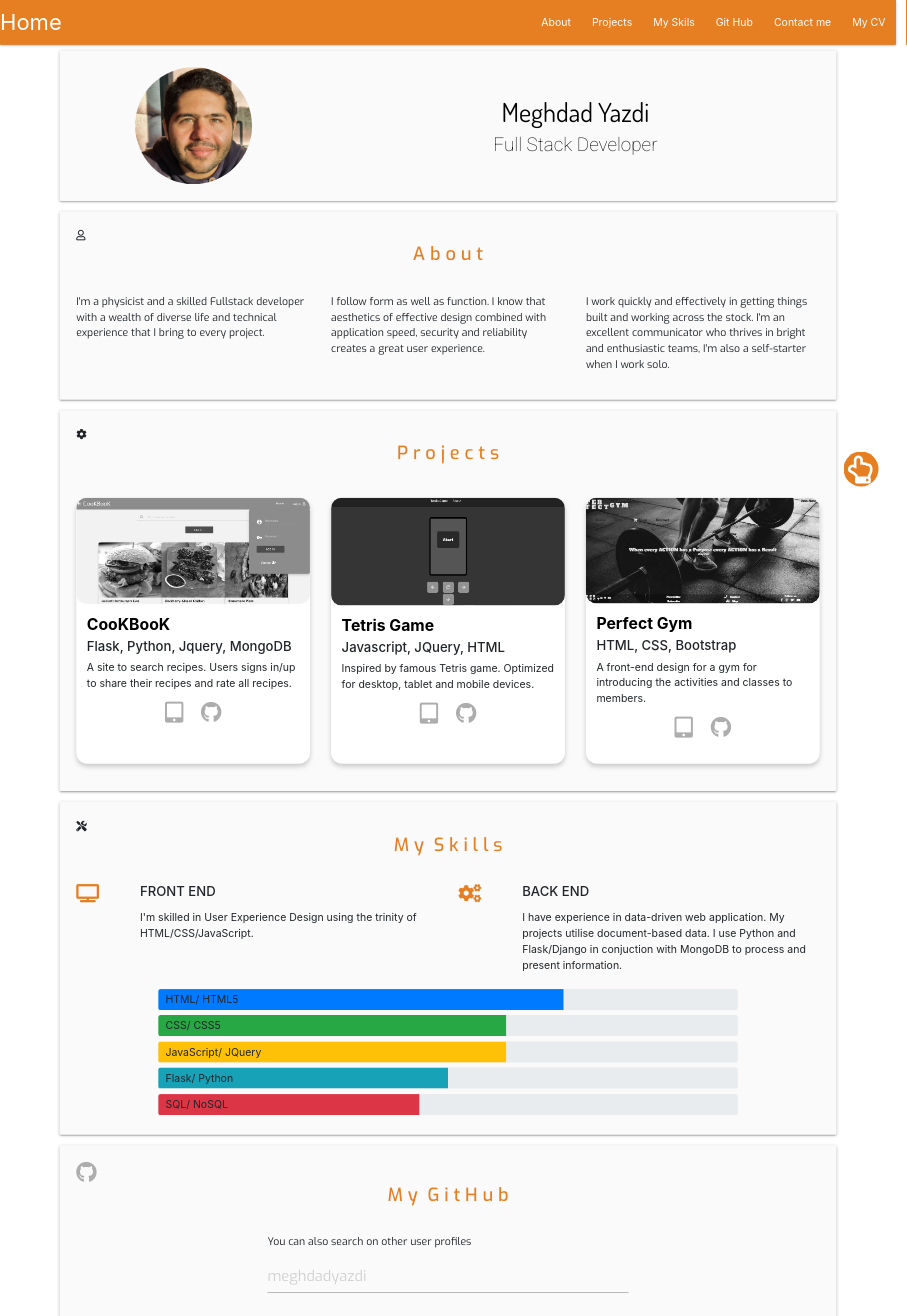
Repository: meghdadyazdi/SD_Res
Page: index.html
The author's editor kept a record of every edit. The page is drawn from the files as they stood at one moment, then again after the next edit.
The browser window is 1280 px wide. The page is 1295 px wide, so the pictures cover 1295 px, including what lies to the right of the window. The pictures show the part of the page from y = 0 to 1880 px (the page is 2569 px tall before and 2446 px after), at 70% of full size.
Some web libraries are served in a nearby version.

Above is the page before.
Console error: ReferenceError: $ is not defined

### index.html
<!DOCTYPE html>
<html lang="en">

<head>
  <meta charset="UTF-8">
  <meta name="viewport" content="width=device-width, initial-scale=1.0">
  <meta http-equiv="X-UA-Compatible" content="ie=edge">
  <link rel="stylesheet" href="https://cdnjs.cloudflare.com/ajax/libs/materialize/1.0.0/css/materialize.min.css">
  <link href="https://fonts.googleapis.com/icon?family=Material+Icons" rel="stylesheet">
  <link rel="stylesheet" href="assets/style.css" type="text/css" />
  <link href="https://fonts.googleapis.com/css?family=Raleway:100,100i,200,200i,300,300i,400,400i,500,500i,600,600i,700,700i,800,800i,900,900i&display=swap&subset=latin-ext" rel="stylesheet">
  <link rel="stylesheet" href="https://stackpath.bootstrapcdn.com/bootstrap/4.4.1/css/bootstrap.min.css" integrity="sha384-Vkoo8x4CGsO3+Hhxv8T/Q5PaXtkKtu6ug5TOeNV6gBiFeWPGFN9MuhOf23Q9Ifjh" crossorigin="anonymous">
  <link href="https://fonts.googleapis.com/css?family=Roboto+Slab:400,700&display=swap" rel="stylesheet">
  <link rel="stylesheet" href="https://use.fontawesome.com/releases/v5.6.1/css/all.css" integrity="sha384-gfdkjb5BdAXd+lj+gudLWI+BXq4IuLW5IT+brZEZsLFm++aCMlF1V92rMkPaX4PP" crossorigin="anonymous">
  <link href="https://fonts.googleapis.com/css?family=Dosis&display=swap" rel="stylesheet">
  <script type="text/javascript" src="assets/js/github-information.js"></script>
  <title>Meghdad Yazdi's Resume</title>

  <script type="text/javascript" src="https://cdn.jsdelivr.net/npm/emailjs-com@2.3.2/dist/email.min.js"></script>
  <script type="text/javascript">
    (function() {
      emailjs.init("user_qJqSswG9orTrNOoYLmxQi");
    })();
  </script>
</head>

<body>



  <nav>
    <div class="nav-wrapper">
      <a id="home" href="index.html" class="brand-logo">Home</a>
      <a href="#" data-target="mobile-demo" class="sidenav-trigger"><i class="material-icons">menu</i></a>
      <ul class="right hide-on-med-and-down">
        <li><a href="#about">About</a></li>
        <li><a href="#projects">Projects</a></li>
        <li><a href="#skills">My Skils</a></li>
        <li><a href="#github">Git Hub</a></li>
        <li><a href="#contact">Contact me</a></li>
        <li><a href="#cv">My CV</a></li>
      </ul>
    </div>
    <ul class="sidenav text-font" id="mobile-demo">
      <li><a href="#about">About</a></li>
      <li><a href="#projects">Projects</a></li>
      <li><a href="#skills">My Skils</a></li>
      <li><a href="#github">Git Hub</a></li>
      <li><a href="#contact">Contact me</a></li>
      <li><a href="#cv">My CV</a></li>
    </ul>
  </nav>


  <section class="container">
    <div class="card-panel grey lighten-5 z-depth-1">
      <div class="row valign-wrapper">
        <div class="col-sm-4 center">
          <!--<div class="col my_img">-->
          <img src="assets/images/meghdad_res2.jpg" alt="" class="circle responsive-img center">
          <!-- notice the "circle" class -->
          <!--</div>-->
        </div>
        <div class="col-sm-8 center">
          <div class="row">
            <div class="col-sm-12 center">
              <span class="black-text name-font">
                Meghdad Yazdi
              </span>
            </div>
            <div class="col-sm-12 center">
              <span class="black-text my-font">
                Full Stack Developer
              </span>
            </div>
          </div>
        </div>
      </div>
    </div>
  </section>

  <section class="container">
    <div class="card-panel grey lighten-5 z-depth-1">
      <div><i class="far fa-user icons"></i></div>
      <div class="row">
        <div class="col-sm-12 text-font">
          <h3 id="about" class="three-reasons-icon">A b o u t</h3>
        </div>
        <div class="col-sm-6 col-md-4 text-font m0">

          <p>
            I'm a physicist and a skilled Fullstack developer with a wealth of diverse life and technical experience that I bring to every project.
          </p>
        </div>
        <div class="col-sm-6 col-md-4 text-font m0">
          <!--<h3>HOW DO I DO IT?</h3>-->
          <p>
            I follow form as well as function. I know that aesthetics of effective design combined with application speed, security and reliability creates a great user experience.
          </p>
        </div>
        <div class="col-sm-6 col-md-4 text-font m0">
          <!--<h3>WHY HIRE ME</h3>-->
          <p>
            I work quickly and effectively in getting things built and working across the stock. I'm an excellent communicator who thrives in bright and enthusiastic teams, I'm also a self-starter when I work solo.
          </p>
        </div>
      </div>
    </div>
  </section>


  <section class="container">
    <div class="card-panel grey lighten-5 z-depth-1">
      <div><i class="fas fa-cog icons"></i></div>
      <div class="row align-items-center">
        <div class="col-sm-12 text-font">
          <h3 id="projects" class="three-reasons-icon">P r o j e c t s</h3>
        </div>

        <div class="col-sm-12 col-md-6 col-lg-4">
          <div id="cook" class="card">
            <img id="img-cook" src="assets/images/cookbook.png" alt="CooKBooK" class="work-img" style="width:100%">
            <div class="container">
              <h4><b>CooKBooK</b></h4>
              <h5>Flask, Python, Jquery, MongoDB</h5>
              <p>A site to search recipes. Users signs in/up to share their recipes and rate all recipes.</p>
              <div class="par"><a href="https://cookbook-meghdad.herokuapp.com" target="_blank"><i class="fas fa-tablet-alt"></i></a> &nbsp&nbsp&nbsp&nbsp
                <a href="https://github.com/meghdadyazdi/cookbook" target="_blank"><i class="fab fa-github"></i></a></div>
            </div>
          </div>
        </div>


        <div class="col-sm-12 col-md-6 col-lg-4">
          <div id="tetris" class="card">
            <img id="img-tetris" src="assets/images/Tetris.png" alt="Tetris Game" class="work-img" style="width:100%">
            <div class="container">
              <h4><b>Tetris Game</b></h4>
              <h5>Javascript, JQuery, HTML</h5>
              <p>Inspired by famous Tetris game. Optimized for desktop, tablet and mobile devices.</p>
              <div class="par"><a href="https://meghdadyazdi.github.io/IFD-Milestone/" target="_blank"><i class="fas fa-tablet-alt"></i></a> &nbsp&nbsp&nbsp&nbsp
                <a href="https://github.com/meghdadyazdi/IFD-Milestone" target="_blank"><i class="fab fa-github"></i></a></div>
            </div>
          </div>
        </div>


        <div class="col-sm-12 col-md-6 col-lg-4">
          <div id="gym" class="card">
            <img id="img-gym" src="assets/images/gym.png" alt="Gym" class="work-img" style="width:100%">
            <div class="container">
              <h4><b>Perfect Gym</b></h4>
              <h5>HTML, CSS, Bootstrap</h5>
              <p>A front-end design for a gym for introducing the activities and classes to members.</p>
              <div class="par"><a href="https://meghdadyazdi.github.io/UCFD-Milestone/index.html" target="_blank"><i class="fas fa-tablet-alt"></i></a> &nbsp&nbsp&nbsp&nbsp
                <a href="https://github.com/meghdadyazdi/UCFD-Milestone" target="_blank"><i class="fab fa-github"></i></a></div>
            </div>
          </div>
        </div>

      </div>

    </div>
  </section>

  <section class="container">
    <div class="card-panel grey lighten-5 z-depth-1">
      <div><i class="fas fa-tools icons"></i></div>
      <div class="col-sm-12 text-font">
        <h3 id="skills" class="three-reasons-icon">M y &nbspS k i l l s</h3>
      </div>
      <div class="row">
        <div class="col-10 offset-1 offset-sm-0 col-sm-6">
          <div class="row">
            <div class="col-2">
              <i class="three-reasons-icon fa fa-tv" aria-hiden="true"></i>
            </div>
            <div class="col-10">
              <h5 class="three-reasons-heading uppercase">FRONT END</h5>
              <p>I'm skilled in User Experience Design using the trinity of HTML/CSS/JavaScript.
              </p>
            </div>
          </div>
        </div>
        <div class="col-10 offset-1 offset-sm-0 col-sm-6">
          <div class="row">
            <div class="col-2">
              <i class="three-reasons-icon fa fa-cogs" aria-hiden="true"></i>
            </div>
            <div class="col-10">
              <h5 class="three-reasons-heading uppercase">BACK END</h5>
              <p>
                I have experience in data-driven web application. My projects utilise document-based data. I use Python and Flask/Django in conjuction with MongoDB to process and present information.
              </p>
            </div>
          </div>
        </div>
      </div>


      <div class="row progress-section">
        <div class="col">
          <div class="progress">
            <div class="progress-bar" role="progressbar" aria-valuenow="90" aria-valuemin="0" aria-valuemax="100" style="width:70%;">
              <span class="sr-only">70% complete</span>
            </div>
            <span class="progress-type progress-font">HTML/ HTML5</span>
          </div>
          <div class="progress">
            <div class="progress-bar bg-success" role="progressbar" aria-valuenow="70" aria-valuemin="0" aria-valuemax="100" style="width:60%;">
              <span class="sr-only">600% complete</span>
            </div>
            <span class="progress-type progress-font">CSS/ CSS5</span>
          </div>

          <div class="progress">
            <div class="progress-bar bg-warning" role="progressbar" aria-valuenow="80" aria-valuemin="0" aria-valuemax="100" style="width:60%;">
              <span class="sr-only">60% complete</span>
            </div>
            <span class="progress-type progress-font">JavaScript/ JQuery</span>
          </div>
          <div class="progress">
            <div class="progress-bar bg-info" role="progressbar" aria-valuenow="75" aria-valuemin="0" aria-valuemax="100" style="width:50%;">
              <span class="sr-only">50% complete</span>
            </div>
            <span class="progress-type progress-font">Flask/ Python</span>
          </div>
          <div class="progress">
            <div class="progress-bar bg-danger" role="progressbar" aria-valuenow="80" aria-valuemin="0" aria-valuemax="100" style="width:45%;">
              <span class="sr-only">45% complete</span>
            </div>
            <span class="progress-type progress-font">SQL/ NoSQL</span>
          </div>
        </div>
      </div>

    </div>
  </section>

  <section class="container">
    <div class="card-panel grey lighten-5 z-depth-1">
      <div><i class="fab fa-github icons"></i></div>
      <div class="row bg-color-contact">

        <div class="col-sm-12 text-font">
          <h3 id="github" class="three-reasons-icon">M y &nbspG i t H u b</h3>
        </div>

        <div class="col-md-6 offset-md-3 center-form text-font">

          <p>
            You can also search on other user profiles
          </p>

        </div>
        <div class="col-md-6 offset-md-3 center-form text-font">
          <input type="text" id="gh-username" placeholder="meghdadyazdi" value="" oninput="fetchGitHubInformation()" />
          <div id="gh-user-data"></div>
          <div id="gh-repo-data"></div>
        </div>
      </div>
    </div>
  </section>


  <section class="container">
    <div class="card-panel grey lighten-5 z-depth-1">
      <div><i class="far fa-envelope icons"></i></div>
      <div class="col-sm-12 text-font">
        <h3 id="contact" class="three-reasons-icon">C o n t a c t &nbsp m e</h3>
      </div>

      <form id="myform" class="text-font">
        <label>Name</label>
        <input type="text" name="from_name" />
        <label>Email</label>
        <input type="text" name="from_email" />
        <label>Message</label>
        <input type="text" name="project_request" />
        <br><br>
        <button>Send</button>
      </form>

    </div>
  </section>


  <section class="container">
    <div class="card-panel grey lighten-5 z-depth-1">
      <div><i class="far fa-user icon-in"></i><i class="far fa-file icons"></i></div>
      <div class="col-sm-12 text-font">
        <h3 id="cv" class="three-reasons-icon">M y &nbsp C V</h3>
      </div>


      <div class="col-md-6 offset-md-3 center-form text-font">

        <p class="download">
          Need a printable vesrion of my CV? Downloaded it here

          <a href="assets/CV/CV_Meghdad-Yazdi_sd.pdf" target="_blank" class="">
                     <i class="fas fa-download cv-pdf" aria-hidden="true"></i>
                     <span class="sr-only">Doanload link</span></a>
        </p>

      </div>




    </div>
  </section>





  <div class="row">
    <div class="col d-none d-md-block">
      <div class="go-home">
        <a href="#home"><i class="far fa-hand-point-up up"></i></a>
      </div>
    </div>
  </div>

</body>
<script src="https://cdnjs.cloudflare.com/ajax/libs/jquery/3.4.1/jquery.min.js" integrity="sha256-CSXorXvZcTkaix6Yvo6HppcZGetbYMGWSFlBw8HfCJo=" crossorigin="anonymous"></script>
<script src="https://cdnjs.cloudflare.com/ajax/libs/materialize/1.0.0/js/materialize.min.js"></script>
<script type="text/javascript" src="assets/js/jquery.js"></script>
<script src="https://smtpjs.com/v3/smtp.js"></script>
<script type="text/javascript" src="assets/js/main.js"></script>
<script src="assets/js/sendEmail.js"></script>


</html>

### assets/style.css
@import url('https://fonts.googleapis.com/css?family=Roboto:100,200,300,400,500,600,700|Exo:100,200,300,400,500,600,700');

nav {
    background-color: #e67e22;
}

.sidenav {
    width: 150px;
    background-color: #e67e22;
}

.row .col.m2 {
    width: 50%;
    margin: 0;
}

.row .col.s12 {
    width: 50%;
    margin: 0;
}

.card-panel{
    position: relative;
}

.dark-bg{
    background-color: #676767;
}

.go-home {
  position: fixed;
  right: 25px;
  bottom: 25px;
  width: 50px;
  height: 50px;
  border-radius: 50%;
  background-color: #e67e22;
  color: white;
  text-align: center;
}

.fa-hand-point-up{
  font-size: 40px;
  margin: 5px 2px 0 0;
}

.up {
    color: #fff !important;
}

.center {
  display: block;
  margin-left: auto;
  margin-right: auto;
  width: 50%;
}

img.responsive-img {
    max-width: 50%;
}
.name-font{
    font-family: 'Dosis', sans-serif;
    /*font-family: "Roboto", sans-serif;*/
    font-size: 2.5rem;
    font-weight: 400;
    text-align: center;
}
.my-font{
    /*font-family: 'Dosis', sans-serif;*/
    font-family: "Roboto", sans-serif;
    font-size: 1.8rem;
    /*text-align: center;*/
    font-weight: 100;
}
.text-font{
    /*font-family: 'Dosis', sans-serif;*/
    font-family: "Exo", sans-serif;
    font-size: 1rem;
    /*text-align: center;*/
    font-weight: 400;
}
.row{
    margin: 0;
}

.m0{
  margin: 0 !important;
}

.p0{
  padding: 0 !important;
}

/*.row .col-sm-6{*/
/*  margin-top: 5rem; */
/*}*/

a:hover {
    color: #fff !important;
    text-decoration: none !important;
}

.card {
  box-shadow: 0 4px 8px 0 rgba(0,0,0,0.2);
  transition: 0.3s;
  width: 100%;
  height: 380px;
  border-radius: 15px !important;
  border: 0px solid rgba(0,0,0,.125) !important;
}

.card:hover {
  box-shadow: 0 8px 90px 0 rgba(0,0,0,1);
}

.mauto{
  margin: auto !important;
}

.fa-tablet-alt{
  font-size: 30px;
  color: #adadad
}

.fa-tablet-alt:hover{
  transform: rotate(5deg);
  color: #5a5a5a;
}

.fa-github{
  font-size: 30px;
  color: #adadad
}

.fa-github:hover{
  transform: rotate(5deg);
  color: #5a5a5a;
}

.par{
  text-align: center;
}

.work-img{
  filter: grayscale(100%);
}

#img-cook,
#img-tetris,
#img-gym{
  border-radius: 15px;
}

h4{
  margin-top: 1rem !important;
  color: #000;
}

h3{
text-align:center;
font-size:20px;
margin-bottom: 40px !important;
}

.card-img{

}

/*__________________________Skils______________________________*/

.progress{
    position: relative;
    height: 30px !important;
    margin-bottom: 4px;
}

.progress-type{
    position: absolute;
    left: 0;
    font-weight: 400;
    padding: 4px 39px 19px 10px;
    color: #212529;
}

.progress-section{
    margin: 0px auto!important;
    width: 80%;
}

.progress-font{
  font-size: 15px;
}

/*___________________________three reason___________________________________*/

.three-reasons-icon{
    font-size: 26px;
    color: #e67e22;
}

.three-reasons-heading{
    margin-bottom: 15px;
}


/*__________________________Github_____________________________*/
#search-area {
  display: block;
  max-width: 70%;
  margin: 0 auto;
  background: #fff;
  padding: 15px 25px;
  -webkit-box-shadow: 1px 2px 3px -1px rgba(0, 0, 0, 0.4);
  -moz-box-shadow: 1px 2px 3px -1px rgba(0, 0, 0, 0.4);
  box-shadow: 1px 2px 3px -1px rgba(0, 0, 0, 0.4);
  -webkit-border-radius: 4px;
  -moz-border-radius: 4px;
  border-radius: 4px;
}

#gh-api-data {
  display: block;
  padding: 25px 0;
}

#loader {
  display: block;
  width: 200px;
  height: 200px;
  margin: 0 auto;
}


/* page content styles */

.small-name {
  font-size: 0.75em;
  color: #a9a9a9 ;
  font-style: italic;
}

.avi {
  float: left;
  margin-right: 7px;
  margin-bottom: 7px;
}

.avi img {
  border: 1px solid #ccc;
  padding: 3px;
}

.repo-list {
  display: block;
  clear: both;
  width: 100%;
}

.repo-list ul {
  font-size: 1.2em;
}

.repo-list ul li {
  display: block;
}

.repo-list ul li a {
  font-weight: bold;
  padding: 6px 9px;
  display: block;
  float: left;
  margin-right: 10px;
  margin-bottom: 10px;
  text-decoration: none;
  border: 1px solid #356492;
  -webkit-border-radius: 3px;
  -moz-border-radius: 3px;
  border-radius: 3px;
  color: #fff;
  background-color: #3673af;
  background-image: -webkit-gradient(linear, left top, left bottom, from(#5597d8), to(#3673af));
  background-image: -webkit-linear-gradient(top, #5597d8, #3673af);
  background-image: -moz-linear-gradient(top, #5597d8, #3673af);
  background-image: -ms-linear-gradient(top, #5597d8, #3673af);
  background-image: -o-linear-gradient(top, #5597d8, #3673af);
  background-image: linear-gradient(top, #5597d8, #3673af);
}

.repo-list ul li a:hover {
  background-color: #396895;
  background-image: -webkit-gradient(linear, left top, left bottom, from(#4b87c2), to(#396895));
  background-image: -webkit-linear-gradient(top, #4b87c2, #396895);
  background-image: -moz-linear-gradient(top, #4b87c2, #396895);
  background-image: -ms-linear-gradient(top, #4b87c2, #396895);
  background-image: -o-linear-gradient(top, #4b87c2, #396895);
  background-image: linear-gradient(top, #4b87c2, #396895);
}

.repo-list ul li a:active {
  -webkit-box-shadow: inset 0 3px 5px rgba(0, 0, 0, 0.25);
  -moz-box-shadow: inset 0 3px 5px rgba(0, 0, 0, 0.25);
  box-shadow: inset 0 3px 5px rgba(0, 0, 0, 0.25);
}

.repo-list ul li a span {
  font-family: "Courier New", Courier, "Lucida Typewriter", monospace;
  font-size: 0.9em;
}

/* input field */

#gh-username {
  display: block;
  padding: 0;
  font-size: 1.4em;
  color: #666;
  /*max-width: 550px;*/
  margin-bottom: 15px;
}


#gh-submit {
  display: inline-block;
  padding: 8px 18px;
  font-size: 14px;
  font-weight: bold;
  color: #444;
  text-decoration: none;
  text-shadow: 0 1px 0 rgba(255, 255, 255, 0.8);
  background-color: #eaeaea;
  background-image: -webkit-linear-gradient(#fafafa, #eaeaea);
  background-image: -moz-linear-gradient(#fafafa, #eaeaea);
  background-image: -ms-linear-gradient(top, #fafafa, #eaeaea);
  background-image: -o-linear-gradient(top, #fafafa, #eaeaea);
  background-image: linear-gradient(#fafafa, #eaeaea);
  border-radius: 3px;
  border: 1px solid #ddd;
  border-bottom-color: #c5c5c5;
  -webkit-box-shadow: 0 1px 3px rgba(0, 0, 0, 0.05);
  -moz-box-shadow: 0 1px 3px rgba(0, 0, 0, 0.05);
  box-shadow: 0 1px 3px rgba(0, 0, 0, 0.05);
}

#gh-submit:hover {
  background-color: #dadada;
  background-image: -webkit-linear-gradient(#eaeaea, #dadada);
  background-image: -moz-linear-gradient(#eaeaea, #dadada);
  background-image: -ms-linear-gradient(top, #eaeaea, #dadada);
  background-image: -o-linear-gradient(top, #eaeaea, #dadada);
  background-image: linear-gradient(#eaeaea, #dadada);
  border-color: #ccc #ccc #b5b5b5;
}

#gh-submit:active {
  background-color: #dadada;
  background-image: none;
  border-color: #b5b5b5;
  -webkit-box-shadow: inset 0 3px 5px rgba(0, 0, 0, 0.25);
  -moz-box-shadow: inset 0 3px 5px rgba(0, 0, 0, 0.25);
  box-shadow: inset 0 3px 5px rgba(0, 0, 0, 0.25);
}


/*_______________________________Form_____________________________*/

form {
  width: 90%;
  padding: 20px 25px;
  margin: auto;
  margin-top: 30px;
}
form input,
form textarea {
  font: inherit;
  padding: 5px 5px;
  width: 100%;
  margin-top: 3px;
  margin-bottom: 15px;
  box-sizing: border-box;
}
form button {
  border: 1px solid rgba(0,0,0,0.2);
  padding: 8px 35px;
  font-size: 12px;
  background: #e67e22;
  color: white;
  border-radius: 10px;
}
form label {
  color: #777;
  font-size: 11px;
  margin-bottom: 2px;
  display: block;
}

button:focus {
    background-color: #934500;
}

/*_____________________________icons______________________________*/

.icon-about{
  font-size: 2rem;
  color: #fafafa;
  display: block;
  position: absolute;
  z-index: 9999;
}

### assets/js/jquery.js
$(document).ready(function(){
    $('.sidenav').sidenav();
    $('#cook').mouseenter(function (){
        $('#img-cook').removeClass('work-img');
    });
    $('#cook').mouseleave(function (){
        $('#img-cook').addClass('work-img');
    });
    $('#tetris').mouseenter(function (){
        $('#img-tetris').removeClass('work-img');
    });
    $('#tetris').mouseleave(function (){
        $('#img-tetris').addClass('work-img');
    });
    $('#gym').mouseenter(function (){
        $('#img-gym').removeClass('work-img');
    });
    $('#gym').mouseleave(function (){
        $('#img-gym').addClass('work-img');
    });

    $("a").on('click', function(event) {

    // Make sure this.hash has a value before overriding default behavior
    if (this.hash !== "") {
      // Prevent default anchor click behavior
      event.preventDefault();

      // Store hash
      var hash = this.hash;

      // Using jQuery's animate() method to add smooth page scroll
      // The optional number (800) specifies the number of milliseconds it takes to scroll to the specified area
      $('html, body').animate({
        scrollTop: $(hash).offset().top
      }, 1000, function(){

        // Add hash (#) to URL when done scrolling (default click behavior)
        window.location.hash = hash;
      });
    } // End if
  });
  });

### assets/js/main.js
function sendEmail() {
	Email.send({
	Host: "smtp.gmail.com",
	Username : "meghdad23@gmail.com",
	Password : "",
	To : 'meghdadyazdi@yahoo.com',
	From : "meghdad23@gmail.com",
	Subject : "helloommmmmmmmmm",
	Body : "",
	}).then(
		message => alert("mail sent successfully")
	);
}

Loaded but not shown: assets/js/github-information.js (80 lines, source omitted); assets/js/sendEmail.js (no copy from this time; the picture is the same without it)

After the next edit:
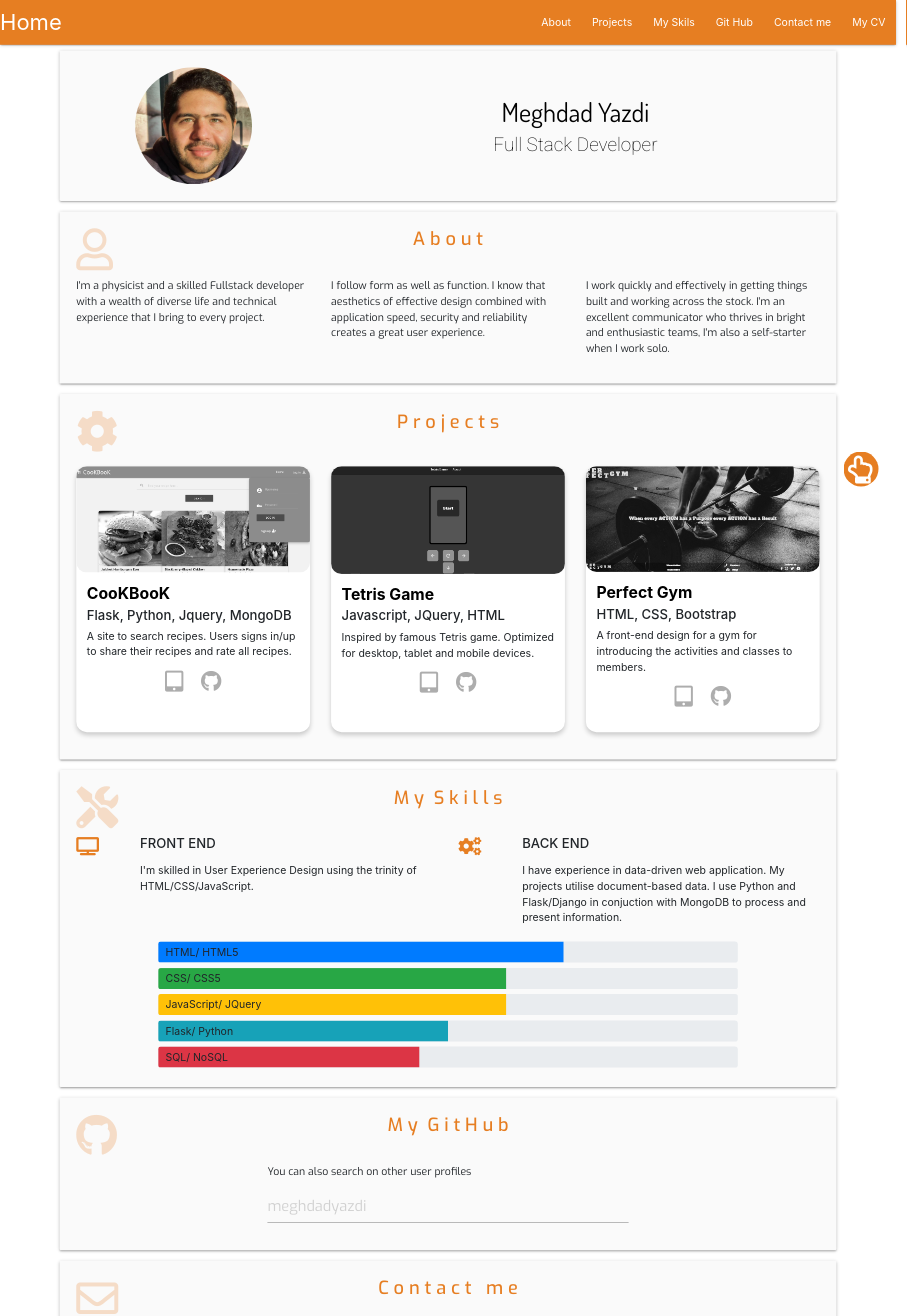
The edit:
--- a/assets/style.css
+++ b/assets/style.css
@@ -399,10 +399,9 @@
 
 /*_____________________________icons______________________________*/
 
-.icon-about{
-  font-size: 2rem;
-  color: #fafafa;
-  display: block;
+.icons{
+  font-size: 4rem;
+  color: #e6822e40;
   position: absolute;
   z-index: 9999;
 }
